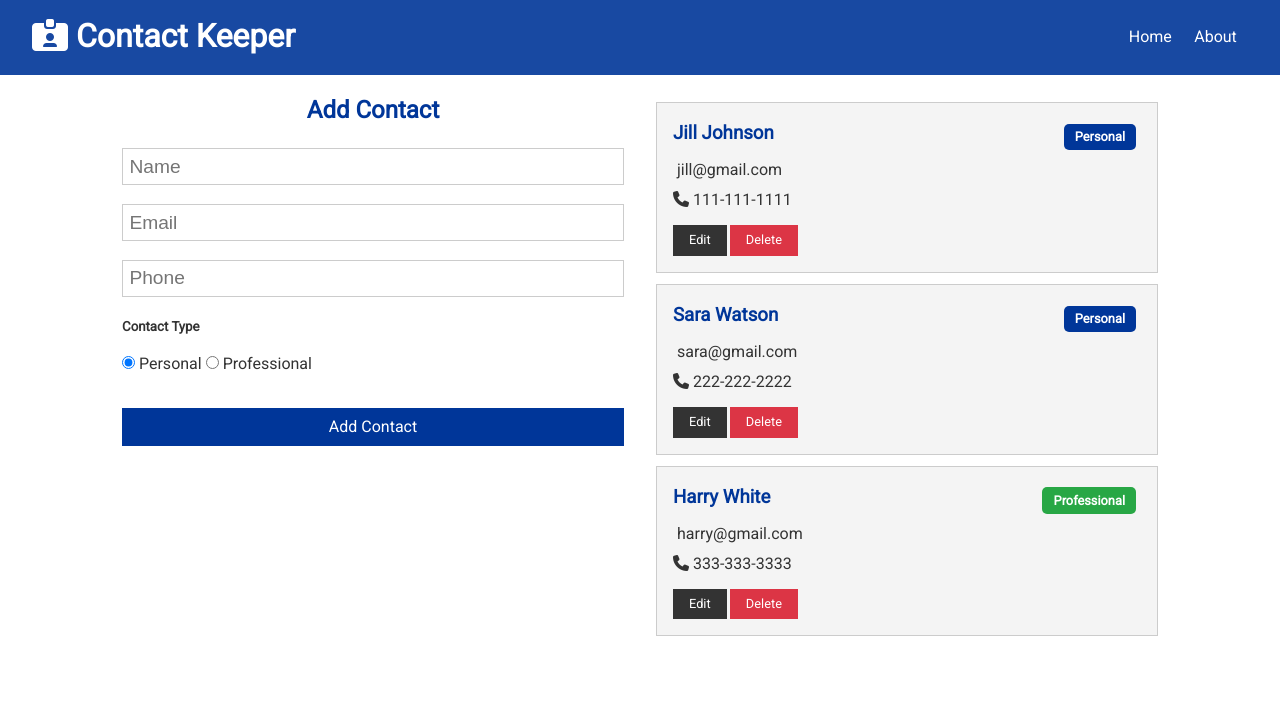
Repository: ntsangani/contact-keeper
Page: / (app in client/)
These files come from the project's save history. The page is drawn as it stood at one moment and after the next save; the edit follows.
The browser window is 1280 px wide. The pictures show the whole page.
Some icons come from a web library that is not loaded, so they are not drawn. Some web libraries are served in a nearby version. The project was rebuilt for these pictures with package versions that can differ from the ones it lists, and the page was loaded fresh each time. A package was used in the major version that the imports need, not the one package.json lists. Also part of the build but not shown: client/src/components/layout/pages/About.js.

Above is the page before, as saved 2020-06-17 15:38:52.

After the next save:
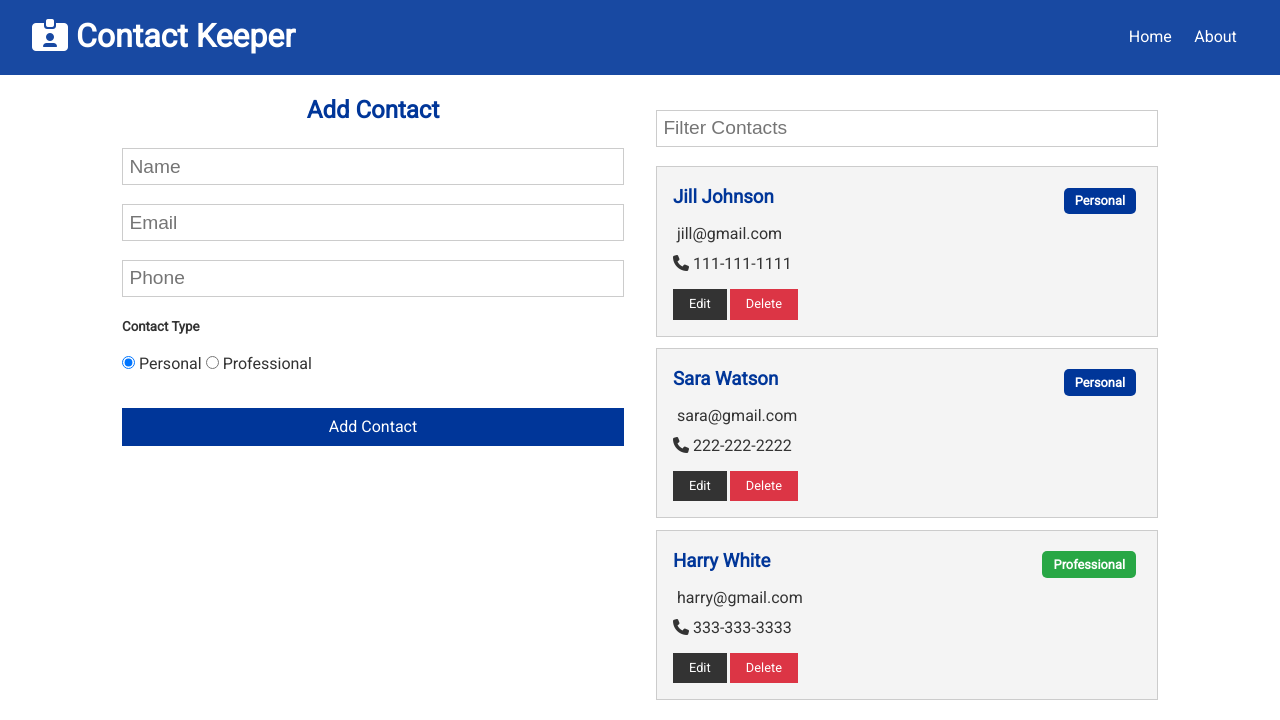
Saved 91 s later.
--- a/client/src/components/layout/pages/Home.js
+++ b/client/src/components/layout/pages/Home.js
@@ -1,6 +1,7 @@
 import React from "react";
 import Contacts from "../../contacts/Contacts";
 import ContactForm from "../../contacts/ContactForm";
+import ContactFilter from "../../contacts/ContactFilter";
 
 const Home = () => {
   return (
@@ -9,6 +10,7 @@ const Home = () => {
         <ContactForm />
       </div>
       <div>
+        <ContactFilter />
         <Contacts />
       </div>
     </div>
